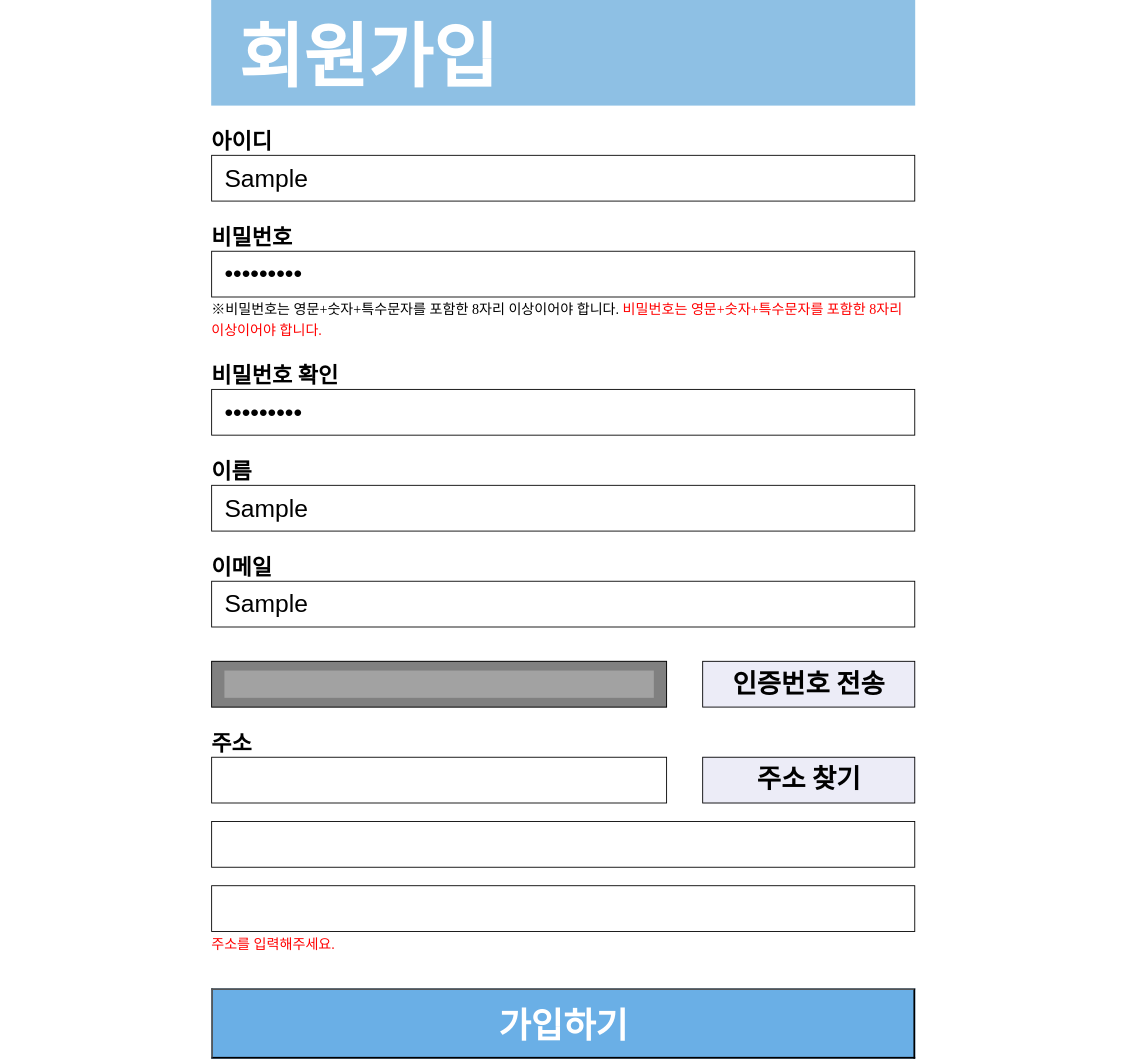
Repository: jeehwanee/completed_mvc_join
Page: http://localhost/Vampa/WEB-INF/views/member/join.jsp
An editor plug-in stored every save of this project. The page is shown before and after the next save, followed by the edit.
The browser window is 1280 px wide. The pictures show the whole page, at 88% of full size.
Empty fields were first filled with sample values (such as "Sample", 5 or name@example.com).
After loading, the first visible `input.join_button` was clicked once.
The page is served by Tomcat 9. Nobody is signed in. Other server files are loaded and not shown. The template is opened directly, without the code that normally fills it, so the values that code supplies are empty.

Above is the page before, as saved 2021-04-22 19:31:41.

### Vampa/src/main/webapp/WEB-INF/views/member/join.jsp
<%@ page language="java" contentType="text/html; charset=UTF-8"
    pageEncoding="UTF-8"%>
<!DOCTYPE html>
<html>
<head>
<meta charset="UTF-8">
<title>Insert title here</title>
<link rel="stylesheet" href="/resources/css/member/join.css">
<script
  src="https://code.jquery.com/jquery-3.4.1.js"
  integrity="sha256-WpOohJOqMqqyKL9FccASB9O0KwACQJpFTUBLTYOVvVU="
  crossorigin="anonymous"></script>
</head>
<body>

<div class="wrapper">
	<form id="join_form" method="post">
	<div class="wrap">
			<div class="subjecet">
				<span>회원가입</span>
			</div>
			<div class="id_wrap">
				<div class="id_name">아이디</div>
				<div class="id_input_box">
					<input class="id_input" name="memberId">
				</div>
				<span class="id_input_re_1">사용 가능한 아이디입니다.</span>
				<span class="id_input_re_2">해당 아이디가 이미 존재합니다.</span>
				<span class="final_id_ck" style = "color:red">아이디를 입력해주세요.</span>
			</div>
			<div class="pw_wrap">
				<div class="pw_name">비밀번호</div>
				<div class="pw_input_box">
					<input type="password" class="pw_input" name="memberPw">
				</div>
				<span>※비밀번호는 영문+숫자+특수문자를 포함한 8자리 이상이어야 합니다.</span>
				<span class="final_pw_ck" style = "color:red">비밀번호를 입력해주세요.</span>
				<sapn class="pw_input_box_warn" style = "color:red"></sapn>
			</div>
			<div class="pwck_wrap">
				<div class="pwck_name">비밀번호 확인</div>
				<div class="pwck_input_box">
					<input type="password" class="pwck_input">
				</div>
				<span class="final_pwck_ck" style = "color:red">비밀번호 확인을 입력해주세요.</span>
				<span class="pwck_input_re_1">비밀번호가 일치합니다.</span>
				<span class="pwck_input_re_2">비밀번호가 일치하지 않습니다.</span>
			</div>
			<div class="user_wrap">
				<div class="user_name">이름</div>
				<div class="user_input_box">
					<input class="user_input" name="memberName">
				</div>
				<span class="final_name_ck" style = "color:red">이름을 입력해주세요.</span>
			</div>
			<div class="mail_wrap">
				<div class="mail_name">이메일</div>
				<div class="mail_input_box">
					<input class="mail_input" name="memberMail">
				</div>
				<span class="mail_input_re_1">사용가능한 이메일입니다.</span><br>
				<span class="mail_input_re_2">해당 이메일이 이미 존재합니다.</span>
				<span class="final_mail_ck" style = "color:red">이메일을 입력해주세요.</span>
				<sapn class="mail_input_box_warn" style = "color:red"></sapn>
				<div class="mail_check_wrap">
					<div class="mail_check_input_box" id="mail_check_input_box_false">
						<input class="mail_check_input" disabled="disabled">
					</div>
					<div class="mail_check_button">
						<span>인증번호 전송</span>
					</div>
					<div class="clearfix"></div>
					<span id="mail_check_input_box_warn"></span>
				</div>
			</div>
			<div class="address_wrap">
				<div class="address_name">주소</div>
				<div class="address_input_1_wrap">
					<div class="address_input_1_box">
						<input class="address_input_1" name="memberAddr1" readonly="readonly">
					</div>
					<div class="address_button" onclick="execution_daum_address()">
						<span>주소 찾기</span>
					</div>
					<div class="clearfix"></div>
				</div>
				<div class ="address_input_2_wrap">
					<div class="address_input_2_box">
						<input class="address_input_2" name="memberAddr2" readonly="readonly">
					</div>
				</div>
				<div class ="address_input_3_wrap">
					<div class="address_input_3_box">
						<input class="address_input_3" name="memberAddr3" readonly="readonly">
					</div>
				</div>
				<span class="final_addr_ck" style = "color:red">주소를 입력해주세요.</span>
			</div>
			<div class="join_button_wrap">
				<input type="button" class="join_button" value="가입하기">
			</div>
		</div>
	</form>
</div>

<!-- 주소록 API 외부 스크립트 파일 연결 코드 추가-->
<script src="https://t1.daumcdn.net/mapjsapi/bundle/postcode/prod/postcode.v2.js"></script>

<!--
회원가입 클릭 시 회원가입 기능이 작동하도록 jquery코드 추가
84번째 줄의 "가입하기"버튼 <input type="button" class="join_button" value="가입하기"> 클릭 시
form태그의 속성 action이 추가되고(url경로), form태그가 서버에 제출이 된다는 의미. 제출방식은 form태그의 POST형식
 -->
<script>

var code = ""; //Controller(MemberController.java의 mailCheckGET()메소드)로부터 전달받은 인증번호 저장
/*
 * 회원가입 유효성 검사 통과유무 변수
 */
var idCheck = false;
var idckCheck = false;
var pwCheck = false;
var pwckCheck = false;
var pwckcorCheck = false;
var nameCheck = false;
var mailCheck = false;
var mailnumCheck = false;
var addressCheck = false
$(document).ready(function(){
	//회원가입 버튼(회원가입 기능 작동)
	$(".join_button").click(function(){
		//입력값 변수
		var id = $('.id_input').val();
		var pw = $('.pw_input').val();
		var pwck = $('.pwck_input').val();
		var pattern1 = /[0-9]/;
		var pattern2 = /[a-zA-Z]/;
		var pattern3 = /[~!@#$%^&*><]/;
		var warnMsg = $(".pw_input_box_warn");
		var name = $('.user_input').val();
		var mail = $('.mail_input').val();
		var addr = $('.address_input_3').val();
        //$("#join_form").attr("action", "/member/join");
        //$("#join_form").submit();

		//아이디 유효성 검사
		if(id == ""){
			$('.final_id_ck').css('display','block');
			idCheck = false;
		}else{
			$('.final_id_ck').css('display', 'none');
			idCheck = true;
		}

		//비밀번호 유효성 검사
		if(pw ==""){
			$('.final_pw_ck').css('display','block');
			pwCheck = false;
		}
		else if(!pattern1.test(pw)||!pattern2.test(pw)||!pattern3.test(pw)||pw.length<8||pw.length>50){
			warnMsg.html("비밀번호는 영문+숫자+특수문자를 포함한 8자리 이상이어야 합니다.");
			pwCheck = false;
		}
		else{
			$('.final_pw_ck').css('display','none');
			pwCheck = true;
		}

		//비밀번호 확인 유효성 검사
		if(pwck ==""){
			$('.final_pwck_ck').css('display','block');
			pwckCheck = false;
		}else{
			$('.final_pwck_ck').css('display', 'none');
			pwckCheck = true;
		}

		//이름 확인 유효성 검사
        if(name == ""){
            $('.final_name_ck').css('display','block');
            nameCheck = false;
        }else{
            $('.final_name_ck').css('display', 'none');
            nameCheck = true;
        }

		//이메일 유효성 검사
        if(mail == ""){
            $('.final_mail_ck').css('display','block');
            mailCheck = false;
        }else{
            $('.final_mail_ck').css('display', 'none');
            mailCheck = true;
        }

		//주소 유효성 검사
        if(addr == ""){
            $('.final_addr_ck').css('display','block');
            addressCheck = false;
        }else{
            $('.final_addr_ck').css('display', 'none');
            addressCheck = true;
        }

		//최종 유효성 검사
        if(idCheck && idckCheck && pwCheck && pwckCheck && pwckcorCheck && nameCheck && mailCheck && mailnumCheck && addressCheck){
            $("#join_form").attr("action", "/member/join");
            $("#join_form").submit();
            alert("회원가입이 완료되었습니다.");
        }
        else{
        	alert("입력 정보를 다시 확인해주세요.");
        	return false;
        }
	});
});

/*
 * 아이디 영문 + 숫자만 가능하게
 */
$('.id_input').keyup(function(event){
	if(!(event.keyCode >= 37 && event.keyCode<=40)){
		var inputVal = $(this).val();
		$(this).val(inputVal.replace(/[^a-z0-9]/gi,''));
	}
})

/*
 * 아이디 중복성 검사
 */
$('.id_input').on("propertychange change keyup paste input", function(){
	var memberId = $('.id_input').val(); // .id_input에 입력되는 값을 memberId에 저장
	var data = {memberId : memberId} // 컨트롤에 넘길 데이터 이름 : 데이터(.id_input에 입력된 값)

	$.ajax({
		type: "post",
		url: "/member/memberIdChk",
		data: data,
		success: function(result){
			if(result != 'fail'){
				$('.id_input_re_1').css("display","inline-block");
				$('.id_input_re_2').css("display","none");
				idckCheck = true;
			} else{
				$('.id_input_re_2').css("display","inline-block");
				$('.id_input_re_1').css("display","none");
				idckCheck = false;
			}
		} //success 종료
	}); //ajax 종료
}); //function 종료

/*
 * 이름 한글만 가능하게
 */
 $('.user_input').keyup(function(event){
	 if(!(event.keyCode >= 37 && event.keyCode<=40)){
			var inputVal = $(this).val();
			$(this).val(inputVal.replace(/[a-z0-9]/gi,''));
		}
	})

/*
 * 인증번호 이메일 전송
 */
$(".mail_check_button").click(function(){ //.mail_check_button태그를 갖는 것을 .click 클릭하면 function() 함수 실행

	var email = $(".mail_input").val(); //사용자가 입력한 이메일
	var checkBox = $(".mail_check_input"); //인증번호 입력란
	var boxWrap = $(".mail_check_input_box"); //인증번호 입력란 박스
	var warnMsg = $(".mail_input_box_warn"); //이메일 입력 경고글
    //이메일 형식 유효성 검사
    if(mailFormCheck(email)){ //올바른 이메일 형식이면 mailFormCheck()가 true를 반환
        warnMsg.html("<h3>이메일이 전송 되었습니다. 이메일을 확인해주세요.</h3>");
        warnMsg.css("display", "inline-block");
    } else {
        warnMsg.html("이메일 형식이 올바르지 않습니다.");
        warnMsg.css("display", "inline-block");
        return false; //다음 ajax를 실행하지 못하도록 메소드에서 벗어나기 위해
    }
	$.ajax({//이메일 인증번호 전송을 요청하는 ajax
		type:"GET", //url을 통해 데이터를 보낼 수 있도록 GET 방식으로 요청 , url명은 Controller의 매핑에 맞게 mailCheck로 설정
		url:"mailCheck?email=" + email, //? 쿼리 요청 시 입력된 email을 집어넣음
		success:function(data){// ajax 성공 시 해당 함수 실행
			checkBox.attr("disabled", false); //입력란에 입력가능하도록 속성을 변경 disabled -> false
			boxWrap.attr("id", "mail_check_input_box_true"); //입력란의 색상이 변경되도록 회색-> 흰색이 되도록
			code = data;
		}
	});
});

/*
 * 인증번호 비교
 */
$(".mail_check_input").blur(function(){
	var inputCode = $(".mail_check_input").val();//사용자 입력 코드
	var checkResult = $("#mail_check_input_box_warn"); //비교 결과 span태그의 일치, 불일치

    if(inputCode == code){                            // 일치할 경우
        checkResult.html("인증번호가 일치합니다.");
        checkResult.attr("class", "correct");
        mailnumCheck = true;
    } else {                                            // 일치하지 않을 경우
        checkResult.html("인증번호를 다시 확인해주세요.");
        checkResult.attr("class", "incorrect");
        mailnumCheck = false;
    }
});

/*
 * 이메일 중복성 검사
 */
$('.mail_input').on("propertychange change keyup paste input", function(){
	var memberMail = $('.mail_input').val(); //이메일 입력 값 memberMail에 저장
	var data = {memberMail : memberMail} //컨트롤러에 넘길 데이터이름: 넘길데이터
	$.ajax({
		type: "post",
		url: "/member/memberMailChk",
		data: data,
		success: function(result) {
			if(result != 'fail'){
				$('.mail_input_re_1').css("display","inline-block");
				$('.mail_input_re_2').css("display","none");
			} else{
				$('.mail_input_re_2').css("display","inline-block");
				$('.mail_input_re_1').css("display","none");
			}
		}
	});
});

/*
 * 다음 주소 연동 (주소 검색 기능 메소드)
 */
 function execution_daum_address(){
	//다음 주소 팝업창 띄우기
	new daum.Postcode({
		oncomplete: function(data){
			// 각 주소의 노출 규칙에 따라 주소를 조합한다.
            // 내려오는 변수가 값이 없는 경우엔 공백('')값을 가지므로, 이를 참고하여 분기 한다.
            var addr = ''; // 주소 변수
            var extraAddr = ''; // 참고항목 변수

            //사용자가 선택한 주소 타입에 따라 해당 주소 값을 가져온다.
            if (data.userSelectedType === 'R') { // 사용자가 도로명 주소를 선택했을 경우
                addr = data.roadAddress;
            } else { // 사용자가 지번 주소를 선택했을 경우(J)
                addr = data.jibunAddress;
            }

            // 사용자가 선택한 주소가 도로명 타입일때 참고항목을 조합한다.
            if(data.userSelectedType === 'R'){
                // 법정동명이 있을 경우 추가한다. (법정리는 제외)
                // 법정동의 경우 마지막 문자가 "동/로/가"로 끝난다.
                if(data.bname !== '' && /[동|로|가]$/g.test(data.bname)){
                    extraAddr += data.bname;
                }
                // 건물명이 있고, 공동주택일 경우 추가한다.
                if(data.buildingName !== '' && data.apartment === 'Y'){
                    extraAddr += (extraAddr !== '' ? ', ' + data.buildingName : data.buildingName);
                }
                // 표시할 참고항목이 있을 경우, 괄호까지 추가한 최종 문자열을 만든다.
                if(extraAddr !== ''){
                    extraAddr = ' (' + extraAddr + ')';
                }
                //주소 변수 문자열과 참고항목 문자열 합치기
                addr += extraAddr;

            } else {
                addr += ' ';
            }

            // 우편번호와 주소 정보를 해당 필드에 넣는다.
            $(".address_input_1").val(data.zonecode);
            $(".address_input_2").val(addr);
            // 커서를 상세주소 필드로 이동한다.
            $(".address_input_3").attr("readonly",false);
            $(".address_input_3").focus();
		}
	}).open();
}


/*
 * 비밀번호 확인 일치 유효성 검사
 */
 $('.pwck_input').on("propertychange change keyup paste input", function(){

	    var pw = $('.pw_input').val();
	    var pwck = $('.pwck_input').val();
	    $('.final_pwck_ck').css('display', 'none');
	    if(pw == pwck){
	        $('.pwck_input_re_1').css('display','block');
	        $('.pwck_input_re_2').css('display','none');
	        pwckcorCheck = true;
	    }else{
	        $('.pwck_input_re_1').css('display','none');
	        $('.pwck_input_re_2').css('display','block');
	        pwckcorCheck = false;
	    }
	});

/*
 * 입력 이메일 형식 유효성 검사
 */
 function mailFormCheck(email) {
	 var form = /^([\w-]+(?:\.[\w-]+)*)@((?:[\w-]+\.)*\w[\w-]{0,66})\.([a-z]{2,6}(?:\.[a-z]{2})?)$/i;
	 return form.test(email);//매개변수 email이 form에 저장된 부합할 경우 true, 아닐경우 false반환
}
</script>

</body>
</html>

### Vampa/src/main/webapp/resources/css/member/join.css
@charset "UTF-8";
*{
	margin: 0;
	padding:0;
}

/* 화면 전체 렙 */
.wrapper{
	width: 100%;
}

/* content 랩 */
.wrap{
	width : 800px;
	margin: auto;
}
/* 페이지 제목 */
.subjecet{
	width: 100%;
    height: 120px;
    background-color: #8EC0E4;
}
.subjecet span{
	margin-left: 31px;
    font-size: 80px;
    font-weight: 900;
    color: white;
}

/* 아이디 영역 */
.id_wrap{
	width: 100%;
    margin-top: 20px;
}
.id_name{
	font-size: 25px;
    font-weight: bold;
}
.id_input_box{
	border: 1px solid black;
	height:31px;
	padding: 10px 14px;

}
.id_input{
	width:100%;
	height:100%;
	border:none;
	font-size:28px;
}
	/* 중복아이디 존재하지 않는경우 */
	.id_input_re_1{
		color : green;
		display : none;
	}
	/* 중복아이디 존재하는 경우 */
	.id_input_re_2{
		color : red;
		display : none;
	}

/* 비밀번호 영역 */
.pw_wrap{
	width: 100%;
    margin-top: 20px;
}
.pw_name{
	font-size: 25px;
    font-weight: bold;
}
.pw_input_box{
	border: 1px solid black;
	height:31px;
	padding: 10px 14px;

}
.pw_input{
	width:100%;
	height:100%;
	border:none;
	font-size:28px;
}

/* 비밀번호 확인 영역 */
.pwck_wrap{
	width: 100%;
    margin-top: 20px;
}
.pwck_name{
	font-size: 25px;
    font-weight: bold;
}
.pwck_input_box{
	border: 1px solid black;
	height:31px;
	padding: 10px 14px;

}
.pwck_input{
	width:100%;
	height:100%;
	border:none;
	font-size:28px;
}

/* 이름 영역 */
.user_wrap{
	width: 100%;
    margin-top: 20px;
}
.user_name{
	font-size: 25px;
    font-weight: bold;
}
.user_input_box{
	border: 1px solid black;
	height:31px;
	padding: 10px 14px;

}
.user_input{
	width:100%;
	height:100%;
	border:none;
	font-size:28px;
}

/* 메일 영역 */
.mail_wrap{
	width: 100%;
    margin-top: 20px;
}
.mail_name{
	font-size: 25px;
    font-weight: bold;
}
.mail_input_box{
	border: 1px solid black;
	height:31px;
	padding: 10px 14px;

}
.mail_input{
	width:100%;
	height:100%;
	border:none;
	font-size:28px;
}
	/* 중복이메일 존재하지 않는경우 */
	.mail_input_re_1{
		color : green;
		display : none;
	}
	/* 중복이메일 존재하는 경우 */
	.mail_input_re_2{
		color : red;
		display : none;
	}
.mail_check_wrap{
	margin-top: 20px;
}
.mail_check_input_box{
	border: 1px solid black;
    height: 31px;
    padding: 10px 14px;
    width: 61%;
    float: left;
}
#mail_check_input_box_false{
	background-color:rgb(128, 128, 128);
}
#mail_check_input_box_true{
	background-color:white;
}
.mail_check_input{
	width:100%;
	height:100%;
	border:none;
	font-size:28px;
}
.mail_check_button{
    border: 1px solid black;
    height: 51px;
    width: 30%;
    float: right;
    line-height: 50px;
    text-align: center;
    font-size: 30px;
    font-weight: 900;
    background-color: #ececf7;
    cursor: pointer;
}
.correct{
	color : green;
}
.incorrect{
	color : red;
}

/* 주소 영역 */
.address_wrap{
	width: 100%;
    margin-top: 20px;
}
.address_name{
	font-size: 25px;
    font-weight: bold;
}
.address_input_1_box{
	border: 1px solid black;
    height: 31px;
    padding: 10px 14px;
    width: 61%;
    float: left;
}
.address_input_1{
	width:100%;
	height:100%;
	border:none;
	font-size:28px;
}
.address_button{
    border: 1px solid black;
    height: 51px;
    width: 30%;
    float: right;
    line-height: 50px;
    text-align: center;
    font-size: 30px;
    font-weight: 900;
    background-color: #ececf7;
    cursor: pointer;
}
.address_input_2_wrap{
	margin-top: 20px;
}
.address_input_2_box{
	border: 1px solid black;
	height:31px;
	padding: 10px 14px;

}
.address_input_2{
	width:100%;
	height:100%;
	border:none;
	font-size:28px;
}

.address_input_3_wrap{
	margin-top: 20px;
}
.address_input_3_box{
	border: 1px solid black;
	height:31px;
	padding: 10px 14px;

}
.address_input_3{
	width:100%;
	height:100%;
	border:none;
	font-size:28px;
}

/* 가입하기 버튼 */
.join_button_wrap{
	margin-top: 40px;
	text-align: center;
}
.join_button{
	width: 100%;
    height: 80px;
    background-color: #6AAFE6;
    font-size: 40px;
    font-weight: 900;
    color: white;
}

/* 유효성 검사 문구 */

.final_id_ck{
	display: none;
}
.final_pw_ck{
	display: none;
}
.final_pwck_ck{
	display: none;
}
.final_name_ck{
	display: none;
}
.final_mail_ck{
	display: none;
}
.final_addr_ck{
	display: none;
}


/* 비밀번호 확인 일치 유효성검사 */
.pwck_input_re_1{
		color : green;
		display : none;
}
.pwck_input_re_2{
		color : red;
		display : none;
}

/* float 속성 해제 */
.clearfix{
	clear: both;
}

After the next save:
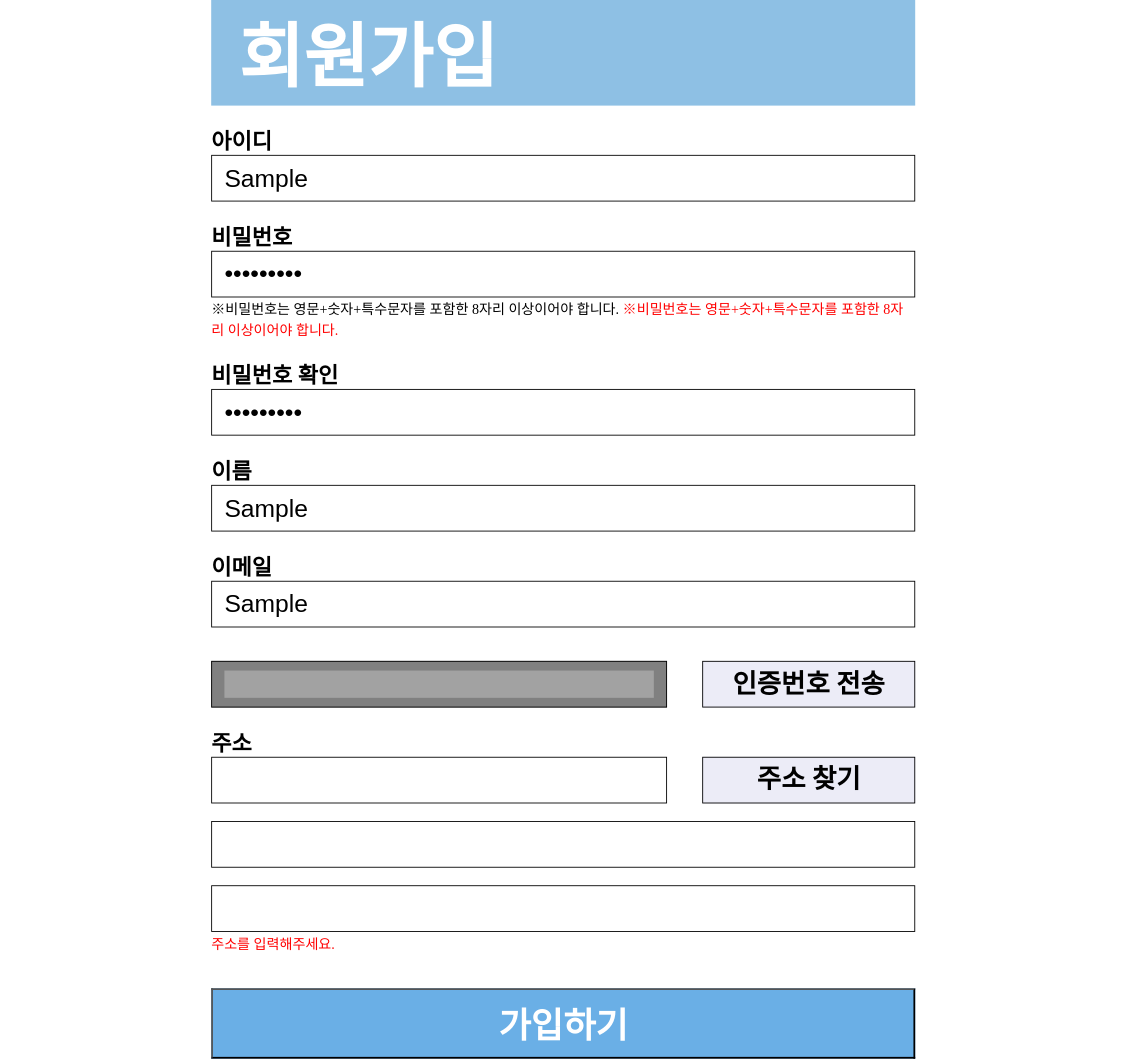
Saved 33 s later.
--- a/Vampa/src/main/webapp/WEB-INF/views/member/join.jsp
+++ b/Vampa/src/main/webapp/WEB-INF/views/member/join.jsp
@@ -158,7 +158,7 @@ $(document).ready(function(){
 			pwCheck = false;
 		}
 		else if(!pattern1.test(pw)||!pattern2.test(pw)||!pattern3.test(pw)||pw.length<8||pw.length>50){
-			warnMsg.html("비밀번호는 영문+숫자+특수문자를 포함한 8자리 이상이어야 합니다.");
+			warnMsg.html("※비밀번호는 영문+숫자+특수문자를 포함한 8자리 이상이어야 합니다.");
 			pwCheck = false;
 		}
 		else{
